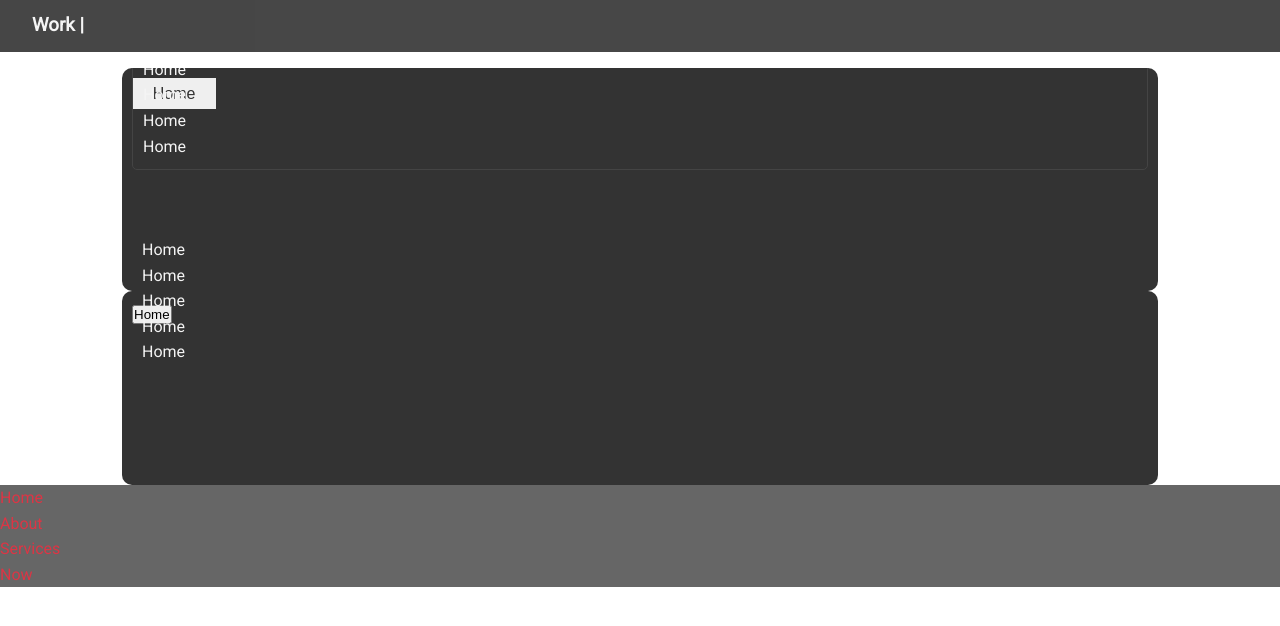
Repository: mxhdiqaim/lenviteck
Page: dist/index.html
These files come from the project's save history. The page is drawn as it stood at one moment and after the next save; the edit follows.
The browser window is 1280 px wide. The pictures show the whole page.
Some web libraries are served in a nearby version. The style sheet was rebuilt from its Sass, Less or Tailwind sources for each picture, by a compiler version that may differ from the author's.

Above is the page before, as saved 2021-04-14 05:00:32.

After the next save:
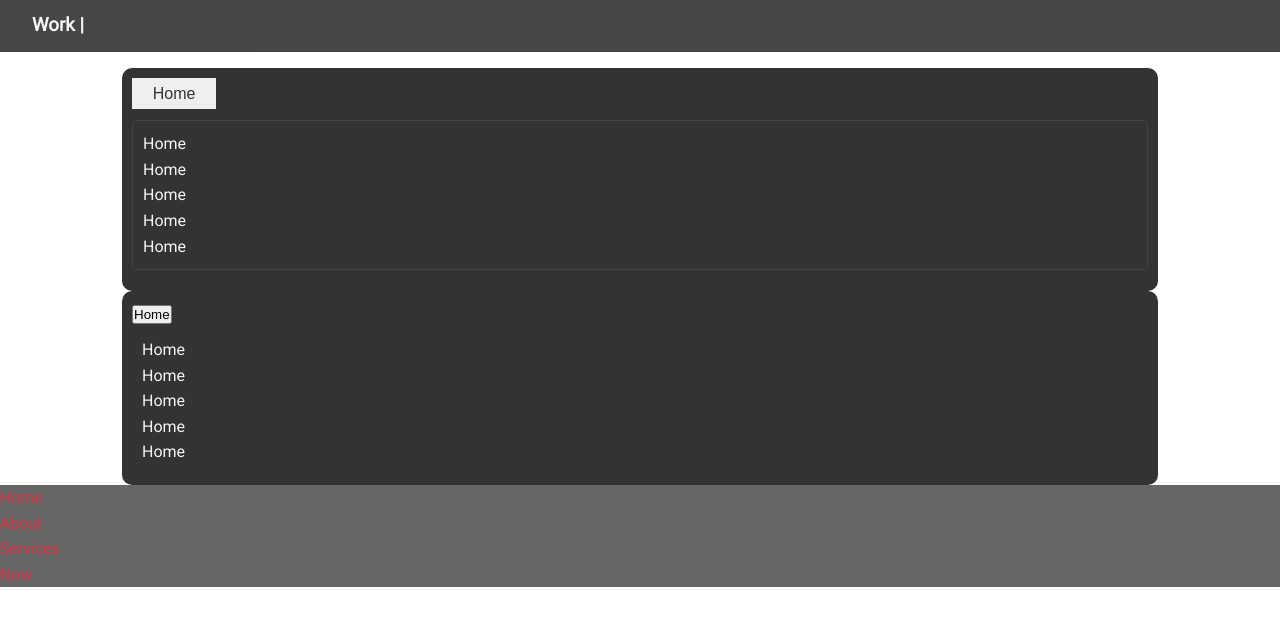
Saved 16 s later.
--- a/dist/styles/main.scss
+++ b/dist/styles/main.scss
@@ -54,7 +54,7 @@ img {
 
     ul {
       transition: transform 1s ease;
-      transform: translateY(-100px);
+      // transform: translateY(-100px);
       padding: 10px;
       // display: none;
       // opacity: 0;
@@ -68,7 +68,7 @@ img {
 
 .works-list button:focus + ul {
   // display: block;
-  transform: translateY(0px);
+  // transform: translateY(0px);
   // opacity: 1;
 
 }
